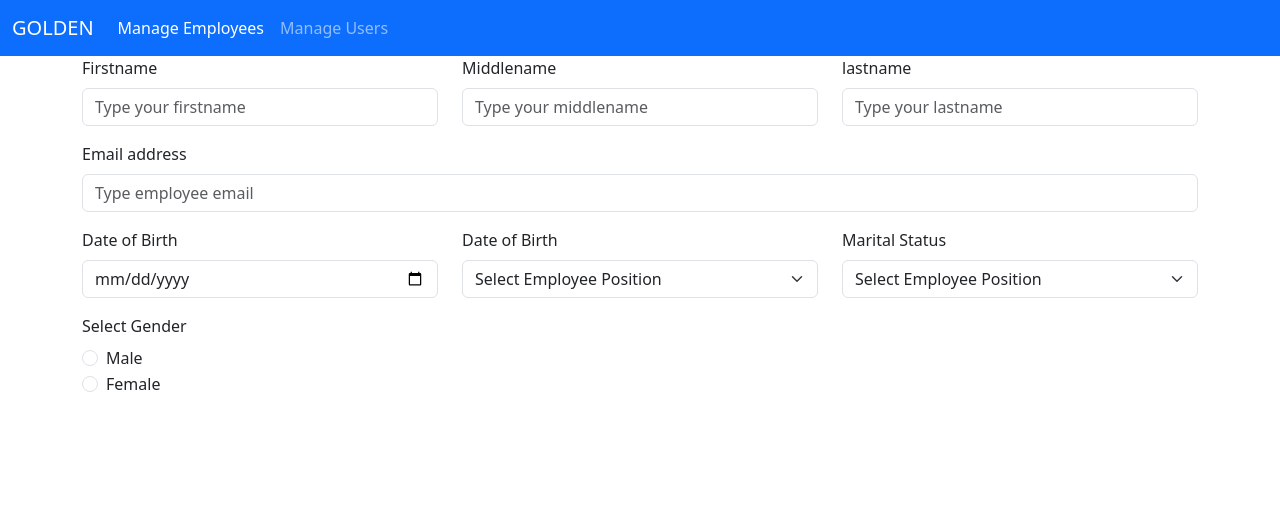
Repository: owuraku/DBC28.1
Page: resources/views/employees/form.blade.php
These files come from the project's save history. The page is drawn as it stood at one moment and after the next save; the edit follows.
The browser window is 1280 px wide. The pictures show the whole page.
The page is served by the project's Laravel application, run on PHP 8.4 with Laravel 10. The template is opened directly, without the code that normally fills it, so the values that code supplies are empty.

Above is the page before, as saved 2023-05-23 11:58:49.

After the next save:
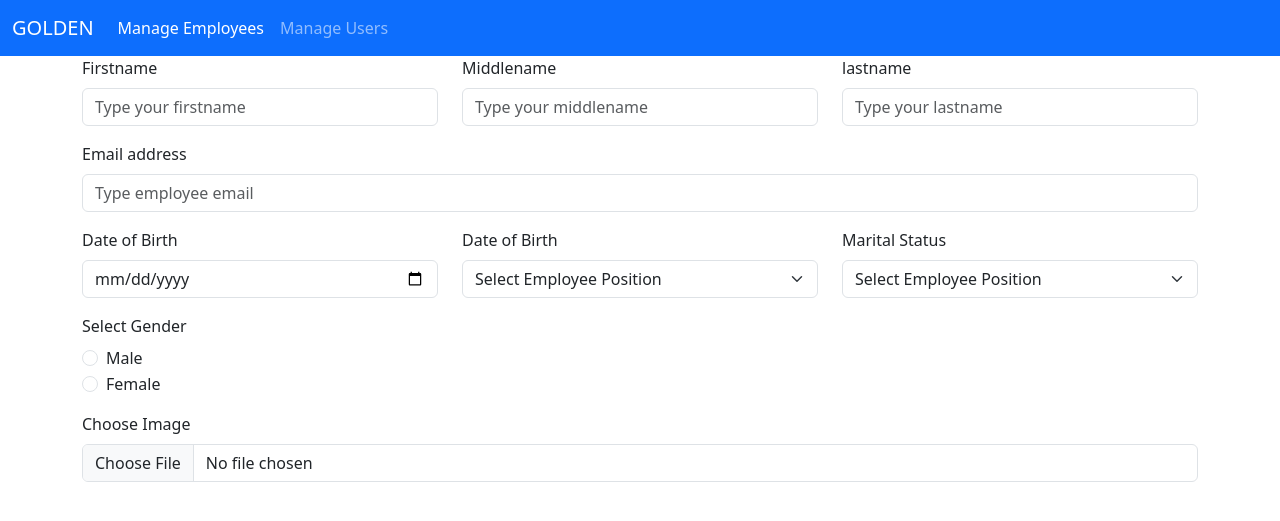
Saved 97 s later.
--- a/resources/views/employees/form.blade.php
+++ b/resources/views/employees/form.blade.php
@@ -71,4 +71,8 @@
         </div>
     </div>
     {{-- image --}}
+    <div class="mt-3">
+        <label for="image" class="form-label">Choose Image</label>
+        <input type="file" name="image" id="image" class="form-control">
+    </div>
 @endsection
